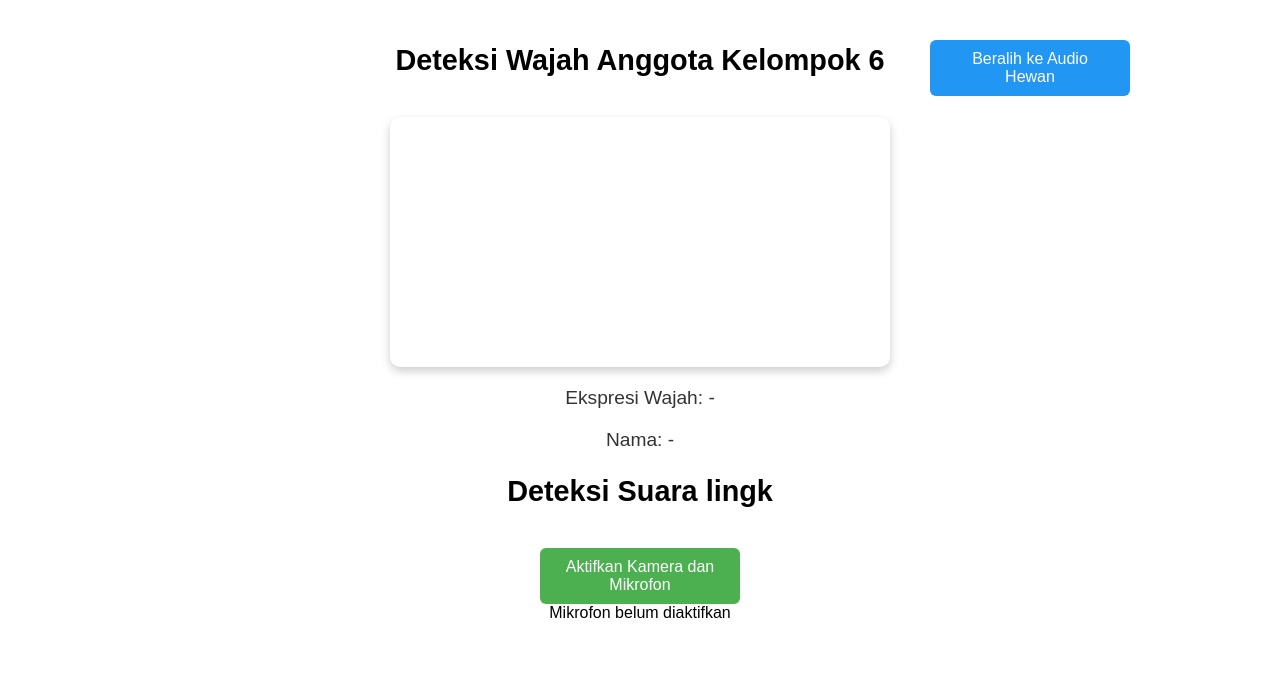
Repository: RalfyBawinto/working-teachable-machine
Page: index.html
The author's editor kept a copy of each file at every save. The page is drawn from the files as they stood at one save, then again after the next save.
The browser window is 1280 px wide. The pictures show the whole page.

Above is the page before, as saved 2025-04-22 20:40:52.

After the next save:
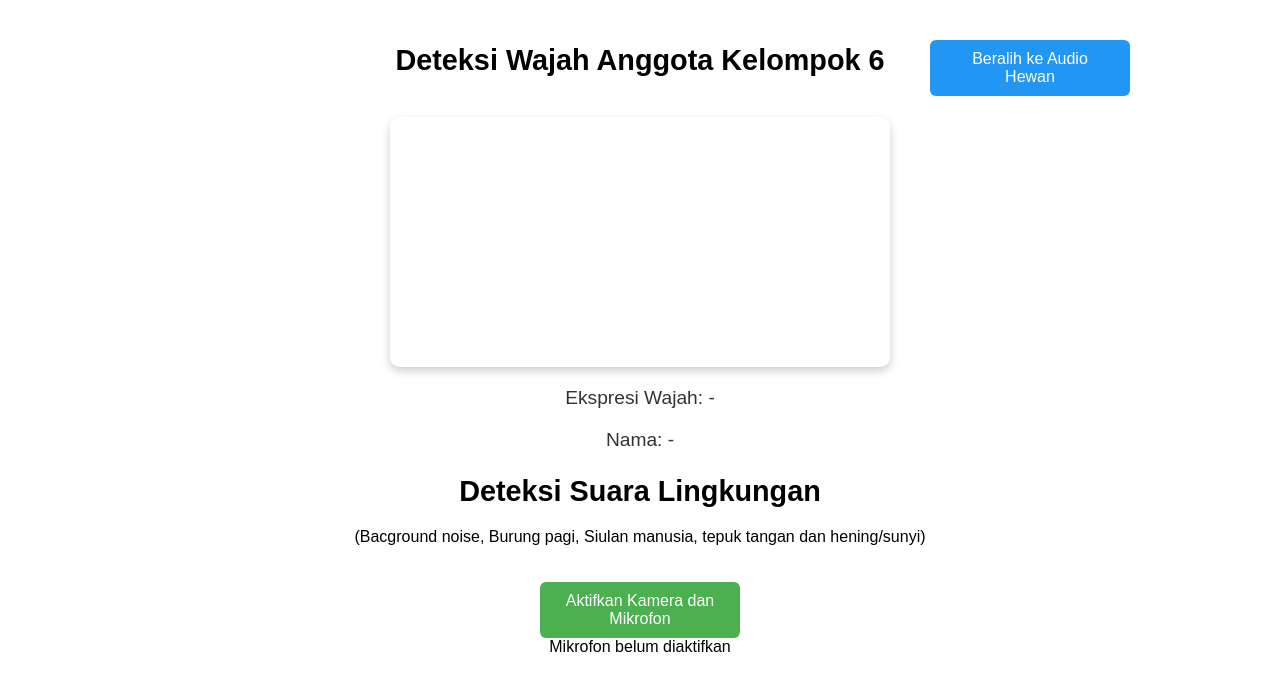
Saved 88 s later.
--- a/index.html
+++ b/index.html
@@ -23,7 +23,11 @@
       <div class="output" id="name-output">Nama: -</div>
     </div>
 
-    <h2>Deteksi Suara lingk</h2>
+    <h2>Deteksi Suara Lingkungan</h2>
+    <p>
+      (Bacground noise, Burung pagi, Siulan manusia, tepuk tangan dan
+      hening/sunyi)
+    </p>
 
     <!-- Kontrol deteksi suara -->
     <button onclick="aktifkanDeteksi()">Aktifkan Kamera dan Mikrofon</button>
